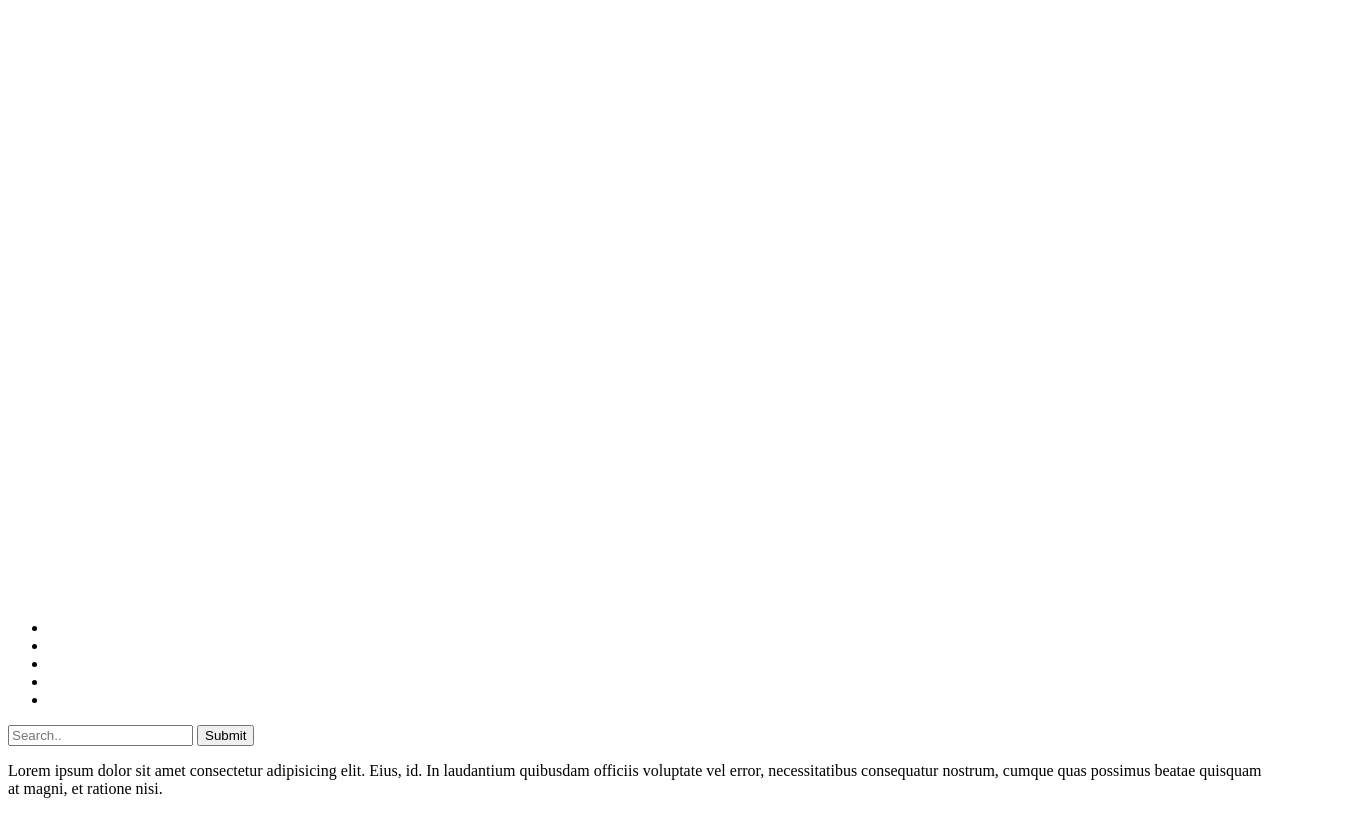
Repository: manhkkkk/assigntment
Page: index.html
These files come from the project's save history. The page is drawn as it stood at one moment and after the next save; the edit follows.
The browser window is 1280 px wide. The page is 1359 px wide, then 1280 px, so the pictures cover 1359 px, including what lies to the right of the window. The pictures show the whole page.

Above is the page before, as saved 2022-01-09 21:15:54.

After the next save:
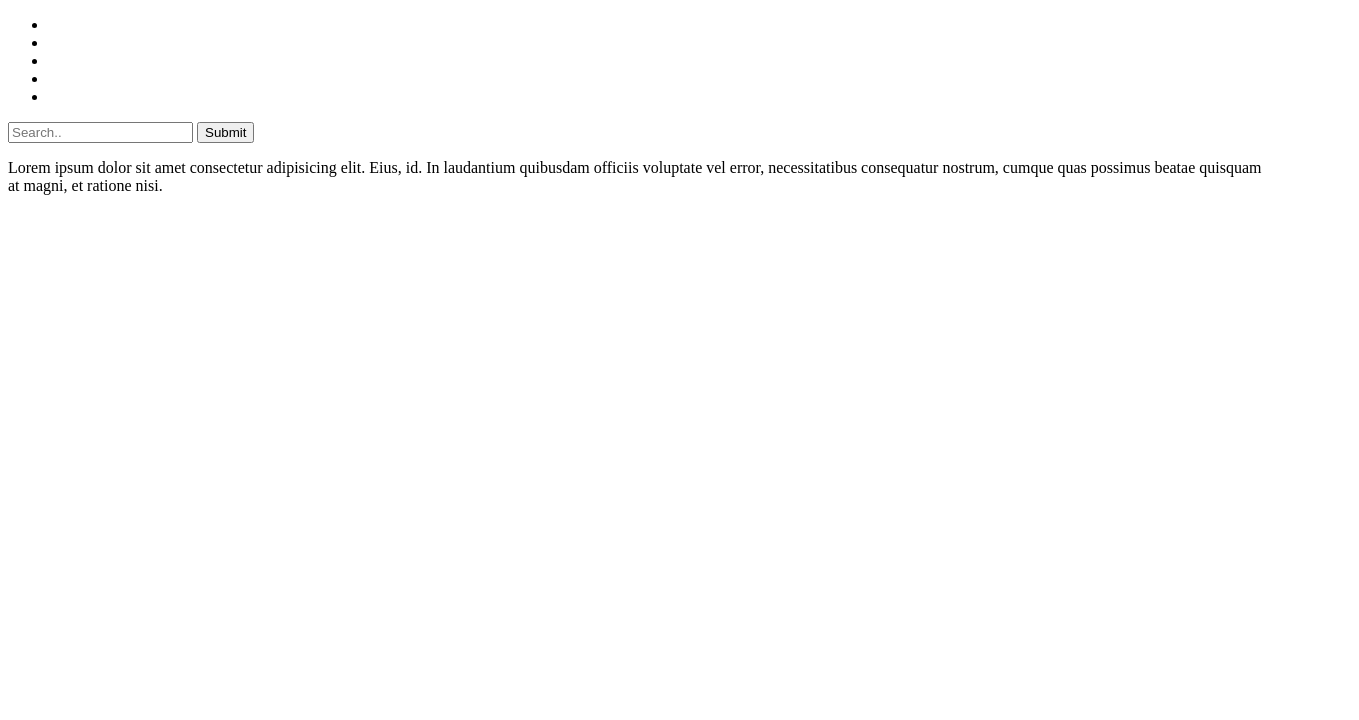
Saved 3 min 57 s later.
--- a/index.html
+++ b/index.html
@@ -12,9 +12,6 @@
         <header>
             <div class="container">
                 <nav>
-                    <div>
-                        <img src="./image/logo.png" alt="" />
-                    </div>
                     <div>
                         <ul>
                             <li><a href=""></a></li>
